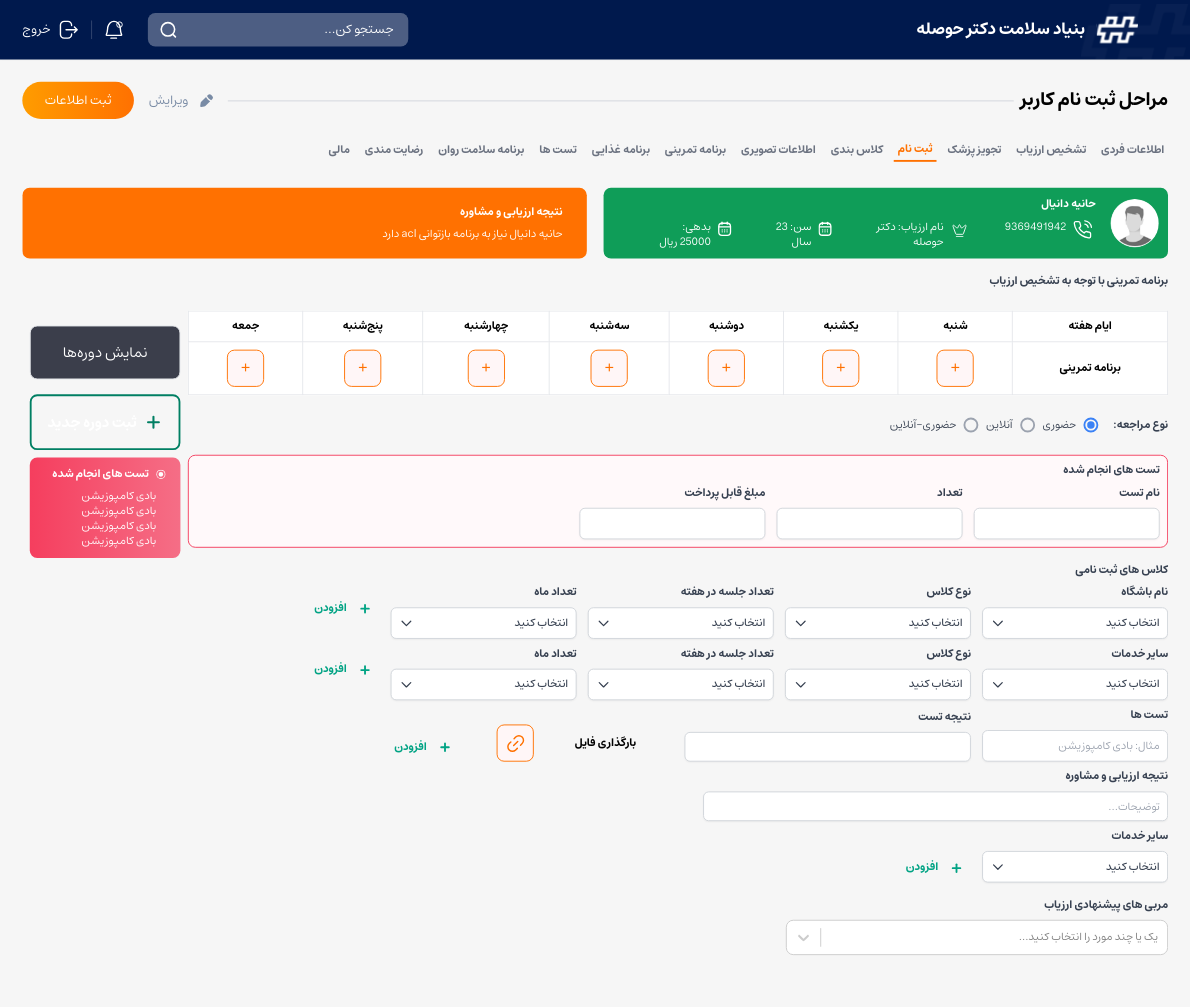
Repository: mirnajafi/ERP_hoseleh_V1.0
Page: /register, after clicking the first element matching `div.flex > :nth-child(4)`
The author's editor kept a copy of each file at every save. The page is drawn from the files as they stood at one save, then again after a run of saves.
The browser window is 1280 px wide. The pictures show the whole page, at 93% of full size.
Some web fonts or font styles are not loaded; a fallback is used. The project was rebuilt for these pictures with package versions that can differ from the ones it lists, and the page was loaded fresh each time. The framework's server and built-in components were replaced by stand-ins that run in the browser. Also part of the build but not shown: next.config.mjs, src/components/icons/trash.tsx, src/components/weekTable/weekTable.css, src/components/icons/copy.tsx, src/components/recognitionEvaluator/recognitionEvaluator.tsx.

Above is the page before, as saved 2025-02-28 23:58:21.

After the next 3 saves:
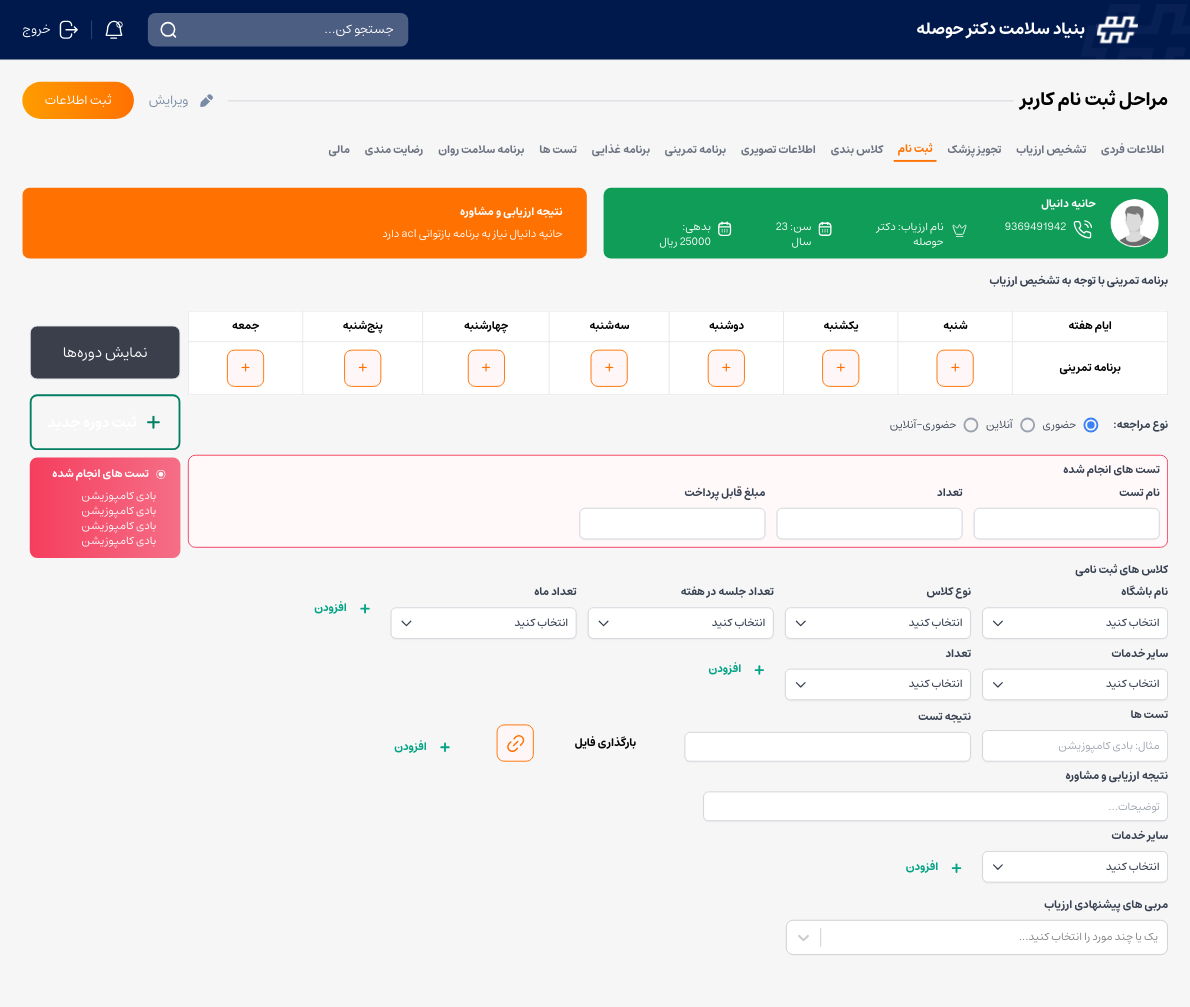
The 3 saves are shown as one change because they came seconds apart.
The last was saved 47 s later.
--- a/src/components/registration/registration.tsx
+++ b/src/components/registration/registration.tsx
@@ -144,18 +144,9 @@ const Registration = () => {
                                 options={["گزینه 1", "گزینه 2", "گزینه 3"]}
                                 onSelect={handleSelect}
                             />
-                            <Dropdown
-                                label="نوع کلاس"
-                                options={["گزینه 1", "گزینه 2", "گزینه 3"]}
-                                onSelect={handleSelect}
-                            />
-                            <Dropdown
-                                label="تعداد جلسه در هفته"
-                                options={["گزینه 1", "گزینه 2", "گزینه 3"]}
-                                onSelect={handleSelect}
-                            />
-                            <Dropdown
-                                label="تعداد ماه"
+
+                            <Dropdown
+                                label="تعداد"
                                 options={["گزینه 1", "گزینه 2", "گزینه 3"]}
                                 onSelect={handleSelect}
                             />
